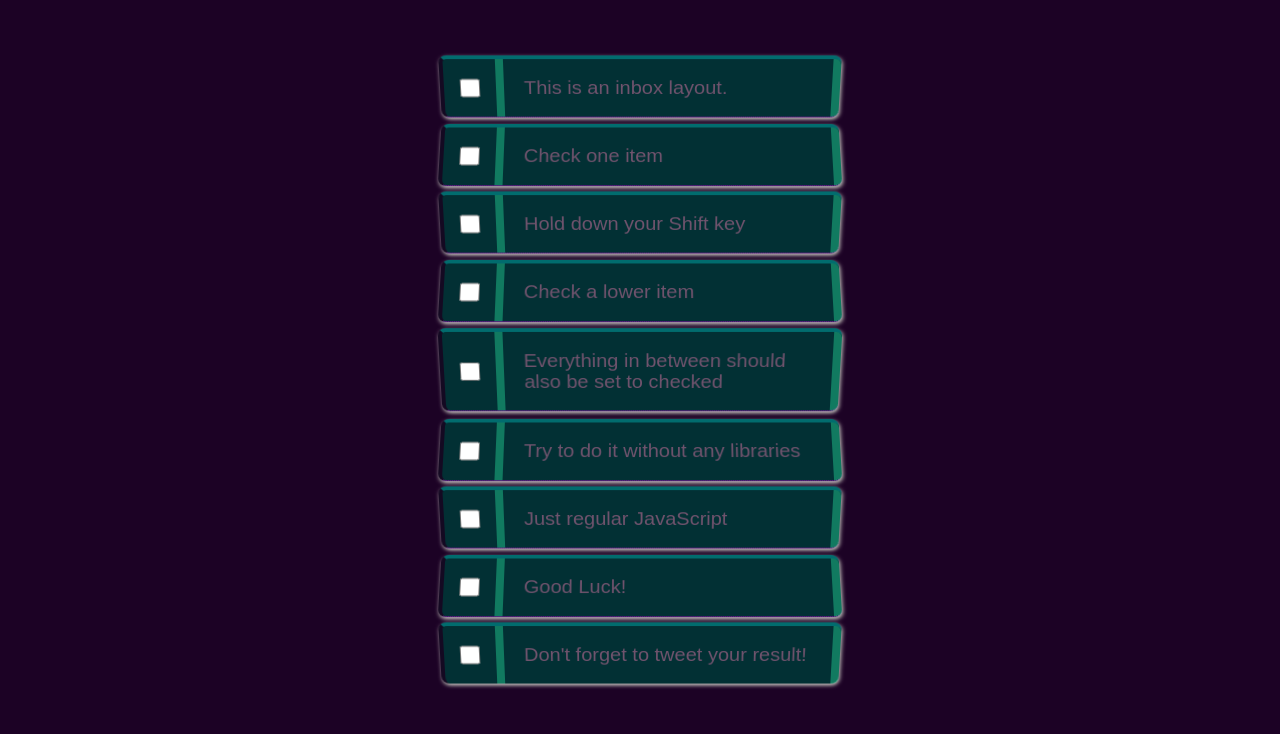
Repository: Freezler/Shift-Select-Checkboxes
Page: index.html
These files come from the project's save history. The page is drawn as it stood at one moment and after the next save; the edit follows.
The browser window is 1280 px wide. The pictures show the whole page.

Above is the page before, as saved 2024-09-07 23:21:44.

### index.html
<!DOCTYPE html>
<html lang="en">

<head>
  <meta charset="UTF-8">
  <title>Hold Shift to Check Multiple Checkboxes</title>
  <link rel="icon" href="https://fav.farm/🔥" />
</head>

<body>
  <style>
    :root {
      --background-color: rgb(28, 2, 37);
      --border-color: hsla(292, 94%, 6%, 0.8);

    }

    html {
      font-family: sans-serif;
      font-weight: 500;
      background: var(--background-color);
      user-select: none;
    }




    .inbox {
      max-width: 400px;
      margin: 50px auto;
      gap: 0px;
      border-radius: 5px;
      display: flex;
      flex-direction: column;
      background: var(--background-color);
    }

    .item {
      display: flex;
      transition: all 0.3s ease-in-out;
      border-inline-start: 4px solid var(--border-color);
      border-block-start: 4px inset rgba(0, 255, 255, 0.497);
      box-shadow: 1px 2px 4px rgba(244, 249, 232, 0.847);
      border-bottom: 1px dotted #b908d0;
      color: rgb(112, 83, 109);
      border-radius: 8px;
      background: rgb(2, 48, 52);
    }

    .item:last-child {
      border-bottom: 0;
    }



    input[type="checkbox"] {
      accent-color: #7c0529ef;
      margin: 16px;
      width: 20px;
    }

    input:checked+p {
      background: #a3045131;
      text-decoration: line-through;
      color: cornsilk;
      border-inline: 8px solid #5e057cef;
      transition: all 0.9s ease-in-out;
      border-radius: 99px;



    }



    .inbox .item:nth-child(even) {
      transform: perspective(1500px) rotateX(24deg) translateY(3px) scale(1.001);

    }

    .inbox .item:nth-child(odd) {
      transform: perspective(1500px) rotateX(-24deg) translateY(3px) scale(1.001);

    }

    .item:nth-child(odd):hover {
      transform: perspective(400px) rotateX(24deg) translateY(3px);

    }

    .item:nth-child(even):hover {
      transform: perspective(400px) rotateX(-24deg) translateY(3px);

    }

    .item:nth-child(even) {
      transform: perspective(1500px) rotateX(-24deg) translateY(3px);

    }

    p {
      margin: 0;
      padding: 20px;
      transition: background 0.3s;
      flex: 1;
      font-size: 20px;
      font-weight: 200;
      border-inline: 8px solid #23cc9178;
      border-inline-end: 8px solid #23cc9178;
      border-start-end-radius: 6px;
      border-end-end-radius: 6px;
    }
  </style>
  <!--  The following is a common layout you would see in an email client.
        When a user clicks a checkbox, holds Shift, and then clicks another checkbox a few rows down, all the checkboxes in between those two checkboxes should be checked.

  -->
  <div class="inbox">
    <div class="item">
      <input type="checkbox">
      <p>This is an inbox layout.</p>
    </div>
    <div class="item">
      <input type="checkbox">
      <p>Check one item</p>
    </div>
    <div class="item">
      <input type="checkbox">
      <p>Hold down your Shift key</p>
    </div>
    <div class="item">
      <input type="checkbox">
      <p>Check a lower item</p>
    </div>
    <div class="item">
      <input type="checkbox">
      <p>Everything in between should also be set to checked</p>
    </div>
    <div class="item">
      <input type="checkbox">
      <p>Try to do it without any libraries</p>
    </div>
    <div class="item">
      <input type="checkbox">
      <p>Just regular JavaScript</p>
    </div>
    <div class="item">
      <input type="checkbox">
      <p>Good Luck!</p>
    </div>
    <div class="item">
      <input type="checkbox">
      <p>Don't forget to tweet your result!</p>
    </div>
  </div>

  <script>
    const checkboxes = document.querySelectorAll('.inbox input[type="checkbox"]');

    checkboxes.forEach(checkbox => checkbox.addEventListener('click', handleCheck))

    let lastChecked;

    function handleCheck(e) {
      // check for shift-press && checked
      let inBetween = false;
      // loop over every single checkbox
      if (e.shiftKey && this.checked) {
        checkboxes.forEach(checkbox => {
          if (checkbox === this || checkbox === lastChecked) {
            inBetween = !inBetween
          }
          if (inBetween) {
            checkbox.checked = true
          }
        })
      }

      if (e.shiftKey && this.checked) {
        console.log("haha it's clicked with shift down AND checked!")
      }
      if (e.shiftKey && !this.checked) {
        console.log("haha it's clicked with shift down but not checked!")
      }
      lastChecked = this;
    }

  </script>
</body>

</html>

After the next save:
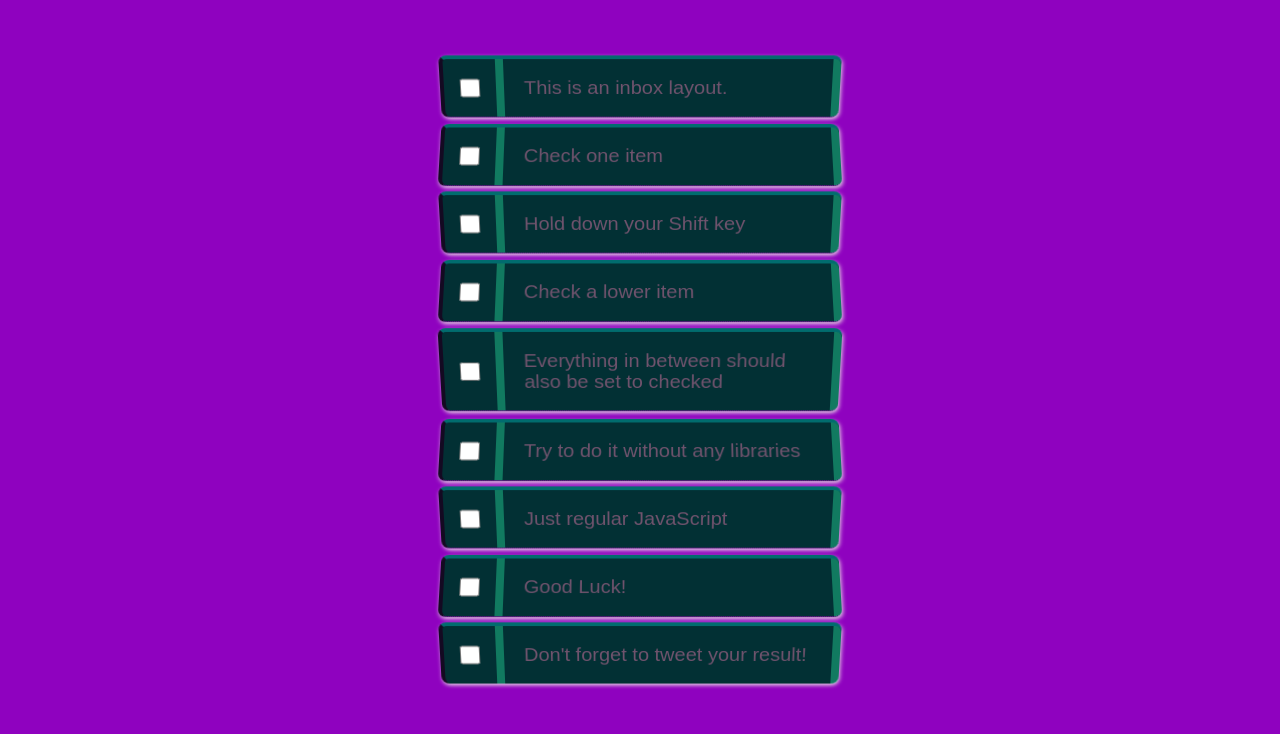
Saved 10 s later.
--- a/index.html
+++ b/index.html
@@ -10,7 +10,7 @@
 <body>
   <style>
     :root {
-      --background-color: rgb(28, 2, 37);
+      --background-color: rgb(143, 2, 191);
       --border-color: hsla(292, 94%, 6%, 0.8);
 
     }
